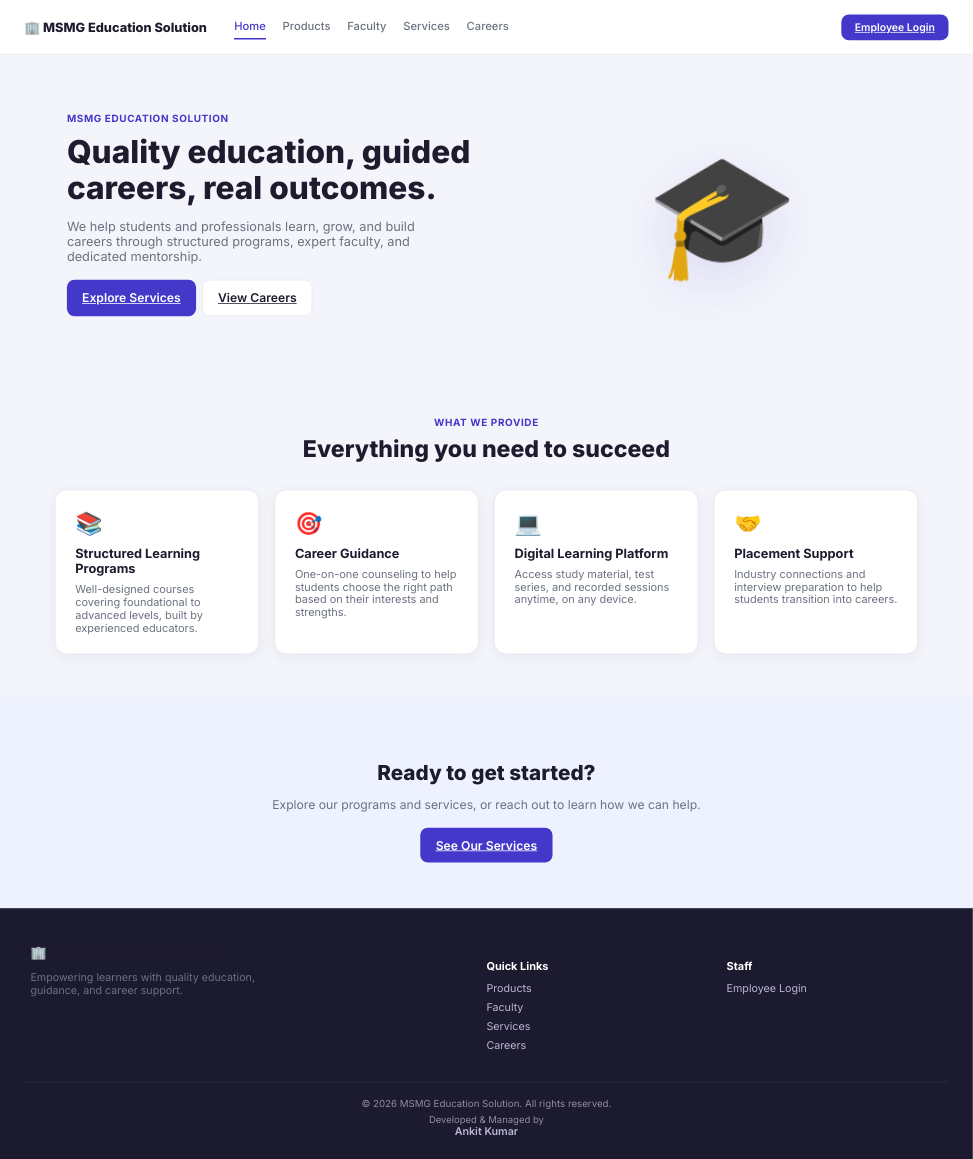
Repository: Kumarankit666/HRMS
Page: / (app in frontend/)
These files come from the project's save history. The page is drawn as it stood at one moment and after the next save; the edit follows.
The browser window is 1280 px wide. The pictures show the whole page, at 76% of full size.
The project was rebuilt for these pictures with package versions that can differ from the ones it lists, and the page was loaded fresh each time. Also part of the build but not shown: frontend/vite.config.js, frontend/src/components/ProtectedRoute.jsx, frontend/src/components/AppLayout.jsx, frontend/src/pages/public/Products.jsx, frontend/src/pages/public/Faculty.jsx, frontend/src/pages/public/Services.jsx, frontend/src/pages/public/Careers.jsx, frontend/src/pages/Login.jsx and 17 more.

Above is the page before, as saved 2026-07-21 00:45:59.

### frontend/index.html
<!doctype html>
<html lang="en">
  <head>
    <meta charset="UTF-8" />
    <link rel="icon" type="image/svg+xml" href="data:[embedded picture, 141 characters]" />
    <meta name="viewport" content="width=device-width, initial-scale=1.0" />
    <title>MSMG Education Solution</title>
  </head>
  <body>
    <div id="root"></div>
    <script type="module" src="/src/main.jsx"></script>
  </body>
</html>

### frontend/src/index.css
@import url('https://fonts.googleapis.com/css2?family=Inter:wght@400;500;600;700;800&display=swap');

:root {
  --primary: #4338ca;
  --primary-dark: #3730a3;
  --primary-light: #eef2ff;
  --ink: #1e1b2e;
  --muted: #6b7280;
  --bg: #f4f5fb;
  --border: #e5e7eb;
  --danger: #ef4444;
  --success: #16a34a;
  --warning: #d97706;
  --sidebar-bg: #1c1a2e;
  --radius: 12px;
}

* { box-sizing: border-box; }
html, body, #root { height: 100%; }
body {
  margin: 0;
  font-family: 'Inter', -apple-system, BlinkMacSystemFont, sans-serif;
  background: var(--bg);
  color: var(--ink);
}
button, input, select, textarea { font-family: inherit; }

/* ---------- Buttons ---------- */
.btn {
  display: inline-flex; align-items: center; justify-content: center; gap: 8px;
  padding: 10px 18px; border-radius: 10px; border: none; font-weight: 600; font-size: 0.9rem;
  cursor: pointer; transition: background .15s, opacity .15s;
}
.btn-primary { background: var(--primary); color: #fff; }
.btn-primary:hover { background: var(--primary-dark); }
.btn-primary:disabled { opacity: 0.6; cursor: not-allowed; }
.btn-outline { background: #fff; border: 1px solid var(--border); color: var(--ink); }
.btn-outline:hover { background: var(--bg); }
.btn-danger { background: #fee2e2; color: #b91c1c; }
.btn-danger:hover { background: #fecaca; }
.btn-success { background: #dcfce7; color: #15803d; }
.btn-success:hover { background: #bbf7d0; }
.btn-sm { padding: 6px 12px; font-size: 0.82rem; border-radius: 8px; }
.btn-block { width: 100%; }
.btn-lg { padding: 13px 20px; font-size: 1rem; }

/* ---------- Forms ---------- */
.field { margin-bottom: 16px; }
.field label { display: block; font-size: 0.85rem; font-weight: 600; margin-bottom: 6px; color: var(--ink); }
.field input, .field select, .field textarea {
  width: 100%; padding: 11px 14px; border: 1px solid var(--border); border-radius: 9px;
  font-size: 0.92rem; outline: none; background: #fff;
}
.field input:focus, .field select:focus, .field textarea:focus {
  border-color: var(--primary); box-shadow: 0 0 0 3px rgba(67,56,202,0.12);
}
.field-hint { font-size: 0.78rem; color: var(--muted); margin-top: 4px; }
.password-wrap { position: relative; }
.password-toggle {
  position: absolute; right: 12px; top: 50%; transform: translateY(-50%);
  background: none; border: none; color: var(--muted); cursor: pointer; padding: 4px;
}
.checkbox-row { display: flex; align-items: flex-start; gap: 10px; font-size: 0.88rem; }
.checkbox-row input { width: auto; margin-top: 3px; }

/* ---------- Grid helpers ---------- */
.grid-2 { display: grid; grid-template-columns: 1fr 1fr; gap: 16px; }
.grid-3 { display: grid; grid-template-columns: repeat(3, 1fr); gap: 16px; }
@media (max-width: 640px) { .grid-2, .grid-3 { grid-template-columns: 1fr; } }

/* ---------- Cards / panels ---------- */
.card { background: #fff; border: 1px solid var(--border); border-radius: var(--radius); padding: 22px; box-shadow: 0 2px 14px rgba(30,27,46,0.06); }
.card h3 { margin: 0 0 16px; font-size: 1rem; font-weight: 700; }

/* ---------- Auth pages (login/forgot) ---------- */
.auth-shell { min-height: 100vh; display: grid; grid-template-columns: 1.1fr 1fr; }
@media (max-width: 900px) { .auth-shell { grid-template-columns: 1fr; } .auth-brand-panel { display: none; } }
.auth-brand-panel {
  background: radial-gradient(circle at 20% 20%, #5b4fe0, #4338ca 45%, #2f2478 100%);
  color: #fff; padding: 64px 56px; display: flex; flex-direction: column; justify-content: center;
  position: relative; overflow: hidden;
}
.auth-brand-panel::after {
  content: ''; position: absolute; width: 480px; height: 480px; border-radius: 50%;
  background: rgba(255,255,255,0.06); right: -160px; bottom: -180px;
}
.auth-brand-mark { display: flex; align-items: center; gap: 10px; font-weight: 700; font-size: 1.1rem; margin-bottom: 48px; }
.auth-brand-panel h1 { font-size: 2.3rem; font-weight: 800; line-height: 1.25; max-width: 440px; margin-bottom: 18px; }
.auth-brand-panel p { color: rgba(255,255,255,0.82); max-width: 400px; margin-bottom: 28px; }
.auth-points { list-style: none; padding: 0; margin: 0; display: flex; flex-direction: column; gap: 14px; font-size: 0.94rem; }
.auth-form-panel { display: flex; align-items: center; justify-content: center; padding: 40px 20px; }
.auth-card { width: 100%; max-width: 400px; background: #fff; border-radius: 16px; padding: 40px 36px; box-shadow: 0 10px 40px rgba(30,27,46,0.08); border: 1px solid var(--border); }
.auth-card h2 { font-weight: 800; margin: 0 0 4px; }
.auth-card .subtitle { color: var(--muted); font-size: 0.9rem; margin-bottom: 24px; }
.auth-link { color: var(--primary); text-decoration: none; font-size: 0.87rem; font-weight: 500; }
.auth-link:hover { text-decoration: underline; }
.auth-footer-note { margin-top: 22px; font-size: 0.78rem; color: var(--muted); text-align: center; }

/* ---------- App shell (sidebar + navbar) ---------- */
.app-shell { display: flex; min-height: 100vh; }
.sidebar {
  width: 250px; background: var(--sidebar-bg); color: #fff; display: flex; flex-direction: column;
  position: sticky; top: 0; height: 100vh; flex-shrink: 0; z-index: 100; transition: transform .2s;
  box-shadow: 4px 0 20px rgba(15,13,30,0.12);
}
.sidebar-brand { display: flex; align-items: center; gap: 10px; padding: 24px 22px; font-weight: 800; }
.sidebar-nav { flex: 1; overflow-y: auto; padding: 8px 12px; }
.sidebar-section-label { font-size: 0.7rem; text-transform: uppercase; letter-spacing: 0.06em; color: #8f8ba8; margin: 18px 12px 8px; }
.sidebar-link {
  display: flex; align-items: center; gap: 12px; padding: 10px 12px; border-radius: 10px;
  color: #c9c6e0; text-decoration: none; font-size: 0.92rem; font-weight: 500; margin-bottom: 2px; cursor: pointer; border: none; background: none; width: 100%; text-align: left;
}
.sidebar-link:hover { background: rgba(255,255,255,0.06); color: #fff; }
.sidebar-link.active { background: var(--primary); color: #fff; }
.sidebar-footer { padding: 16px; }
.main-area { flex: 1; min-width: 0; display: flex; flex-direction: column; }
.topbar {
  height: 64px; background: #fff; border-bottom: 1px solid var(--border); display: flex; align-items: center;
  padding: 0 24px; gap: 16px; position: sticky; top: 0; z-index: 10; box-shadow: 0 2px 10px rgba(30,27,46,0.04);
}
.topbar-right { margin-left: auto; display: flex; align-items: center; gap: 16px; }
.avatar { width: 34px; height: 34px; border-radius: 50%; background: var(--primary); color: #fff; display: flex; align-items: center; justify-content: center; font-weight: 700; font-size: 0.85rem; }
.hamburger { display: none; background: none; border: none; font-size: 1.4rem; }
@media (max-width: 991px) {
  .sidebar { position: fixed; transform: translateX(-100%); }
  .sidebar.open { transform: translateX(0); }
  .hamburger { display: block; }
}

.content { padding: 28px 32px; }
@media (max-width: 640px) { .content { padding: 18px 16px; } }
.app-footer { padding: 16px 32px 24px; text-align: center; font-size: 0.78rem; color: var(--muted); }
.app-footer a { color: var(--primary); text-decoration: none; font-weight: 600; }
.app-footer a:hover { text-decoration: underline; }
.content-header { display: flex; justify-content: space-between; align-items: flex-start; margin-bottom: 22px; flex-wrap: wrap; gap: 12px; }
.content-header h1 { font-size: 1.5rem; font-weight: 800; margin: 0 0 4px; }
.content-header p { margin: 0; color: var(--muted); }

/* ---------- Stat cards ---------- */
.stat-grid { display: grid; grid-template-columns: repeat(auto-fit, minmax(180px, 1fr)); gap: 16px; margin-bottom: 24px; }
.stat-card { background: #fff; border: 1px solid var(--border); border-radius: 14px; padding: 20px; box-shadow: 0 2px 12px rgba(30,27,46,0.05); transition: transform .15s, box-shadow .15s; }
.stat-card:hover { transform: translateY(-2px); box-shadow: 0 8px 22px rgba(30,27,46,0.09); }
.stat-card .icon { width: 38px; height: 38px; border-radius: 10px; background: var(--primary-light); color: var(--primary); display: flex; align-items: center; justify-content: center; margin-bottom: 10px; font-size: 1.1rem; }
.stat-card .label { font-size: 0.8rem; color: var(--muted); font-weight: 500; }
.stat-card .value { font-size: 1.7rem; font-weight: 800; margin-top: 4px; }

/* ---------- Tables ---------- */
.table-wrap { overflow-x: auto; }
table.hrms-table { width: 100%; border-collapse: collapse; font-size: 0.88rem; }
table.hrms-table th { text-align: left; color: var(--muted); font-weight: 600; padding: 10px 12px; border-bottom: 1px solid var(--border); white-space: nowrap; }
table.hrms-table td { padding: 12px; border-bottom: 1px solid var(--border); vertical-align: middle; }
table.hrms-table tr:last-child td { border-bottom: none; }

.badge { padding: 4px 10px; border-radius: 20px; font-size: 0.74rem; font-weight: 600; display: inline-block; }
.badge-active, .badge-approved, .badge-verified, .badge-signed { background: #dcfce7; color: #15803d; }
.badge-inactive, .badge-rejected { background: #fee2e2; color: #b91c1c; }
.badge-pending, .badge-submitted { background: #fef3c7; color: #92400e; }
.badge-changes { background: #fef3c7; color: #92400e; }

/* ---------- Modal ---------- */
.modal-overlay { position: fixed; inset: 0; background: rgba(15,13,30,0.45); display: flex; align-items: center; justify-content: center; z-index: 200; padding: 16px; }
.modal-box { background: #fff; border-radius: 16px; width: 100%; max-width: 560px; max-height: 90vh; overflow-y: auto; box-shadow: 0 24px 60px rgba(15,13,30,0.25); }
.modal-header { display: flex; justify-content: space-between; align-items: center; padding: 20px 24px; border-bottom: 1px solid var(--border); }
.modal-header h3 { margin: 0; font-size: 1.05rem; }
.modal-close { background: none; border: none; font-size: 1.3rem; cursor: pointer; color: var(--muted); }
.modal-body { padding: 22px 24px; }
.modal-footer { display: flex; justify-content: flex-end; gap: 10px; padding: 16px 24px; border-top: 1px solid var(--border); }

/* ---------- Empty state ---------- */
.empty-state { text-align: center; padding: 70px 20px; color: var(--muted); }
.empty-state .icon { font-size: 2.4rem; margin-bottom: 10px; }

/* ---------- Misc ---------- */
.text-muted { color: var(--muted); }
.mb-0 { margin-bottom: 0; }
.mt-3 { margin-top: 16px; }
.flex-between { display: flex; justify-content: space-between; align-items: center; }
.d-flex { display: flex; }
.gap-2 { gap: 8px; }
.spinner {
  width: 16px; height: 16px; border: 2px solid rgba(255,255,255,0.4); border-top-color: #fff;
  border-radius: 50%; animation: spin 0.7s linear infinite; display: inline-block;
}
.spinner-dark { border: 2px solid rgba(67,56,202,0.25); border-top-color: var(--primary); }
@keyframes spin { to { transform: rotate(360deg); } }

/* ================= PUBLIC WEBSITE ================= */
.pub-shell { display: flex; flex-direction: column; min-height: 100vh; }
.pub-header {
  height: 72px; display: flex; align-items: center; padding: 0 32px; gap: 24px;
  background: #fff; border-bottom: 1px solid var(--border); position: sticky; top: 0; z-index: 50;
}
.pub-brand { font-weight: 800; font-size: 1.05rem; color: var(--ink); text-decoration: none; }
.pub-nav { display: flex; gap: 22px; margin-left: 12px; }
.pub-link { color: var(--muted); text-decoration: none; font-weight: 500; font-size: 0.92rem; padding: 6px 0; border-bottom: 2px solid transparent; }
.pub-link:hover, .pub-link.active { color: var(--primary); border-bottom-color: var(--primary); }
.pub-header-right { margin-left: auto; display: flex; align-items: center; gap: 14px; }
.pub-login-btn { padding: 9px 18px; font-size: 0.86rem; }
.pub-hamburger { display: none; background: none; border: none; font-size: 1.4rem; }

.pub-main { flex: 1; }

.pub-hero {
  display: grid; grid-template-columns: 1.2fr 1fr; align-items: center; gap: 40px;
  padding: 72px 48px; max-width: 1200px; margin: 0 auto;
}
.pub-eyebrow { color: var(--primary); font-weight: 700; font-size: 0.82rem; text-transform: uppercase; letter-spacing: 0.06em; }
.pub-hero-text h1 { font-size: 2.6rem; font-weight: 800; line-height: 1.15; margin: 12px 0 16px; }
.pub-hero-text p { color: var(--muted); font-size: 1.05rem; max-width: 480px; }
.pub-hero-art { font-size: 10rem; text-align: center; filter: drop-shadow(0 20px 40px rgba(67,56,202,0.15)); }

.pub-section { max-width: 1200px; margin: 0 auto; padding: 56px 32px; }
.pub-section-header { text-align: center; margin-bottom: 36px; }
.pub-section-header h2 { font-size: 1.9rem; font-weight: 800; margin-top: 8px; }

.pub-page-header { max-width: 1200px; margin: 0 auto; padding: 56px 32px 24px; text-align: center; }
.pub-page-header h1 { font-size: 2.1rem; font-weight: 800; margin: 10px 0 8px; }
.pub-page-header p { color: var(--muted); }

.pub-grid-4 { display: grid; grid-template-columns: repeat(4, 1fr); gap: 20px; }
.pub-grid-3 { display: grid; grid-template-columns: repeat(3, 1fr); gap: 20px; }
@media (max-width: 900px) { .pub-grid-4, .pub-grid-3 { grid-template-columns: repeat(2, 1fr); } .pub-hero { grid-template-columns: 1fr; text-align: center; } .pub-hero-art { display: none; } }
@media (max-width: 600px) { .pub-grid-4, .pub-grid-3 { grid-template-columns: 1fr; } }

.pub-card { background: #fff; border: 1px solid var(--border); border-radius: 16px; padding: 26px; box-shadow: 0 4px 18px rgba(30,27,46,0.06); transition: transform .15s, box-shadow .15s; }
.pub-card:hover { transform: translateY(-3px); box-shadow: 0 14px 34px rgba(30,27,46,0.12); }
.pub-card-icon { font-size: 1.8rem; margin-bottom: 12px; }
.pub-card h3 { font-size: 1.05rem; font-weight: 700; margin: 0 0 8px; }
.pub-card p { color: var(--muted); font-size: 0.9rem; margin: 0; }

.pub-faculty-card { text-align: center; }
.pub-avatar-lg { width: 66px; height: 66px; border-radius: 50%; background: var(--primary-light); color: var(--primary); font-weight: 800; font-size: 1.1rem; display: flex; align-items: center; justify-content: center; margin: 0 auto 14px; }
.pub-avatar-photo { width: 90px; height: 90px; border-radius: 50%; object-fit: cover; margin: 0 auto 14px; display: block; border: 3px solid var(--primary-light); }
.pub-faculty-role { color: var(--primary); font-weight: 600; font-size: 0.85rem; margin: 2px 0; }

.pub-cta { text-align: center; padding: 60px 32px; background: var(--primary-light); }
.pub-cta h2 { font-size: 1.7rem; font-weight: 800; margin-bottom: 8px; }
.pub-cta p { color: var(--muted); margin-bottom: 20px; }

.pub-job-list { display: flex; flex-direction: column; gap: 12px; }
.pub-job-row { display: flex; justify-content: space-between; align-items: center; background: #fff; border: 1px solid var(--border); border-radius: 12px; padding: 18px 22px; box-shadow: 0 2px 12px rgba(30,27,46,0.05); }
.pub-job-row h4 { margin: 0 0 4px; font-size: 1rem; }

.dev-credit { text-align: center; font-size: 0.78rem; color: #8f8ba8; }
.dev-credit a { color: #b9b6d6; text-decoration: none; font-weight: 600; }
.dev-credit a:hover { color: #fff; text-decoration: underline; }

.pub-footer { background: var(--sidebar-bg); color: #d9d7ea; padding: 48px 32px 20px; margin-top: auto; }
.pub-footer-inner { max-width: 1200px; margin: 0 auto; display: grid; grid-template-columns: 2fr 1fr 1fr; gap: 32px; }
.pub-footer h4 { color: #fff; font-size: 0.9rem; margin-bottom: 12px; }
.pub-footer a { display: block; color: #b9b6d6; text-decoration: none; font-size: 0.88rem; margin-bottom: 8px; }
.pub-footer a:hover { color: #fff; }
.pub-footer-bottom { text-align: center; color: #8f8ba8; font-size: 0.8rem; margin-top: 32px; padding-top: 20px; border-top: 1px solid rgba(255,255,255,0.08); }

@media (max-width: 900px) {
  .pub-nav { position: fixed; top: 72px; left: 0; right: 0; background: #fff; flex-direction: column; padding: 16px 24px; gap: 14px; border-bottom: 1px solid var(--border); display: none; }
  .pub-nav.open { display: flex; }
  .pub-hamburger { display: block; }
  .pub-footer-inner { grid-template-columns: 1fr; }
}

Loaded but not shown: frontend/src/main.jsx (common file); frontend/src/api/client.js (32 lines, source omitted); frontend/src/App.jsx (85 lines, source omitted); frontend/src/components/PublicLayout.jsx (58 lines, source omitted); frontend/src/pages/public/Home.jsx (49 lines, source omitted); frontend/src/context/AuthContext.jsx (38 lines, source omitted)

After the next save:
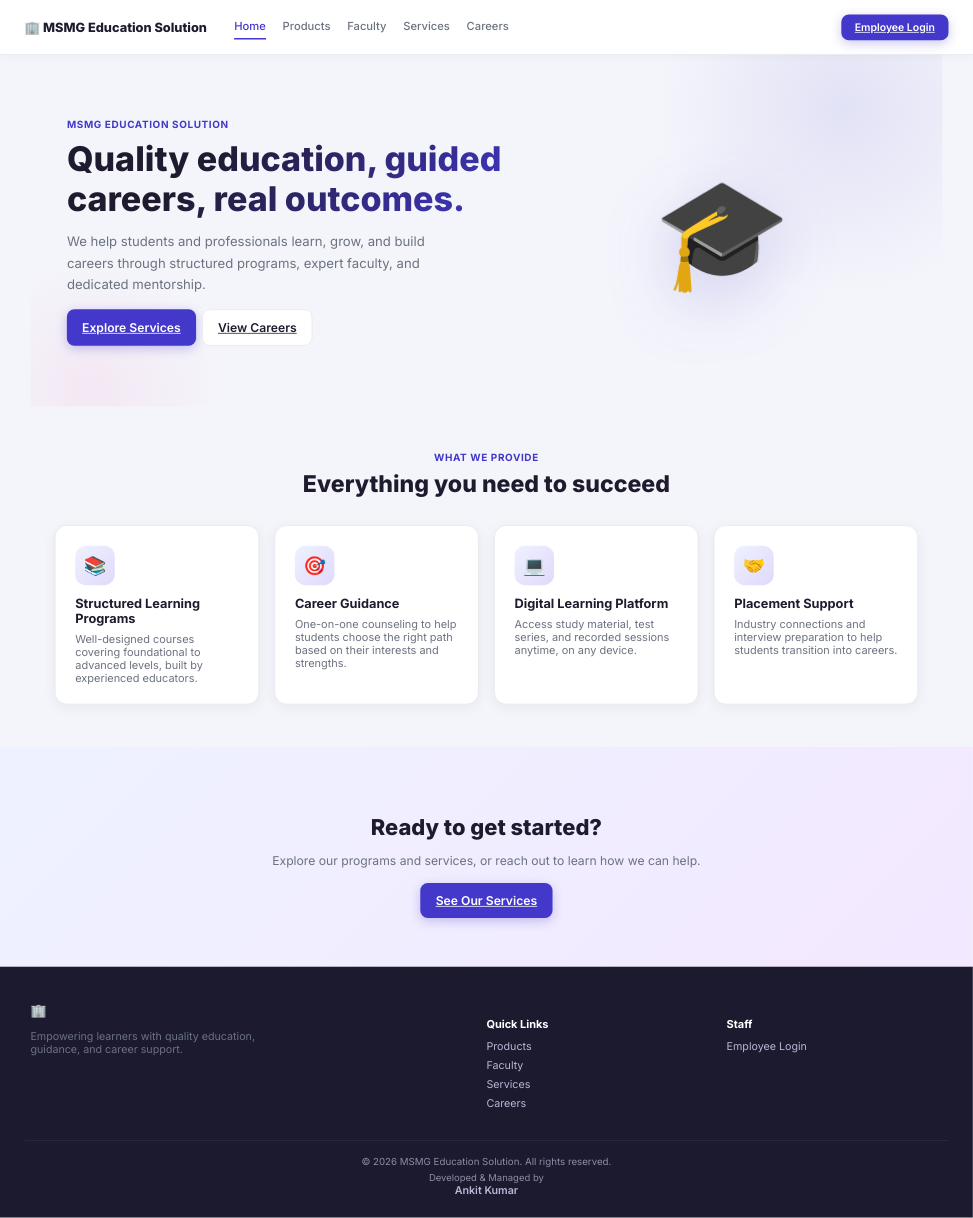
Saved 20 s later.
--- a/frontend/src/index.css
+++ b/frontend/src/index.css
@@ -31,9 +31,9 @@ button, input, select, textarea { font-family: inherit; }
   padding: 10px 18px; border-radius: 10px; border: none; font-weight: 600; font-size: 0.9rem;
   cursor: pointer; transition: background .15s, opacity .15s;
 }
-.btn-primary { background: var(--primary); color: #fff; }
-.btn-primary:hover { background: var(--primary-dark); }
-.btn-primary:disabled { opacity: 0.6; cursor: not-allowed; }
+.btn-primary { background: var(--primary); color: #fff; box-shadow: 0 4px 14px rgba(67,56,202,0.28); }
+.btn-primary:hover { background: var(--primary-dark); transform: translateY(-1px); box-shadow: 0 8px 20px rgba(67,56,202,0.35); }
+.btn-primary:disabled { opacity: 0.6; cursor: not-allowed; transform: none; }
 .btn-outline { background: #fff; border: 1px solid var(--border); color: var(--ink); }
 .btn-outline:hover { background: var(--bg); }
 .btn-danger { background: #fee2e2; color: #b91c1c; }
@@ -188,7 +188,9 @@ table.hrms-table tr:last-child td { border-bottom: none; }
 .pub-shell { display: flex; flex-direction: column; min-height: 100vh; }
 .pub-header {
   height: 72px; display: flex; align-items: center; padding: 0 32px; gap: 24px;
-  background: #fff; border-bottom: 1px solid var(--border); position: sticky; top: 0; z-index: 50;
+  background: rgba(255,255,255,0.92); backdrop-filter: blur(10px);
+  border-bottom: 1px solid var(--border); position: sticky; top: 0; z-index: 50;
+  box-shadow: 0 2px 12px rgba(30,27,46,0.04);
 }
 .pub-brand { font-weight: 800; font-size: 1.05rem; color: var(--ink); text-decoration: none; }
 .pub-nav { display: flex; gap: 22px; margin-left: 12px; }
@@ -202,12 +204,30 @@ table.hrms-table tr:last-child td { border-bottom: none; }
 
 .pub-hero {
   display: grid; grid-template-columns: 1.2fr 1fr; align-items: center; gap: 40px;
-  padding: 72px 48px; max-width: 1200px; margin: 0 auto;
+  padding: 80px 48px; max-width: 1200px; margin: 0 auto; position: relative; overflow: hidden;
+}
+.pub-hero::before {
+  content: ''; position: absolute; width: 500px; height: 500px; border-radius: 50%;
+  background: radial-gradient(circle, rgba(67,56,202,0.10), transparent 70%);
+  top: -180px; right: -120px; z-index: -1;
+}
+.pub-hero::after {
+  content: ''; position: absolute; width: 360px; height: 360px; border-radius: 50%;
+  background: radial-gradient(circle, rgba(236,72,153,0.08), transparent 70%);
+  bottom: -160px; left: -100px; z-index: -1;
 }
 .pub-eyebrow { color: var(--primary); font-weight: 700; font-size: 0.82rem; text-transform: uppercase; letter-spacing: 0.06em; }
-.pub-hero-text h1 { font-size: 2.6rem; font-weight: 800; line-height: 1.15; margin: 12px 0 16px; }
-.pub-hero-text p { color: var(--muted); font-size: 1.05rem; max-width: 480px; }
-.pub-hero-art { font-size: 10rem; text-align: center; filter: drop-shadow(0 20px 40px rgba(67,56,202,0.15)); }
+.pub-hero-text h1 {
+  font-size: 2.8rem; font-weight: 800; line-height: 1.15; margin: 12px 0 16px;
+  background: linear-gradient(135deg, var(--ink) 30%, var(--primary));
+  -webkit-background-clip: text; background-clip: text; -webkit-text-fill-color: transparent;
+}
+.pub-hero-text p { color: var(--muted); font-size: 1.08rem; max-width: 480px; line-height: 1.6; }
+.pub-hero-art {
+  font-size: 9rem; text-align: center; filter: drop-shadow(0 24px 44px rgba(67,56,202,0.22));
+  animation: floatArt 4s ease-in-out infinite;
+}
+@keyframes floatArt { 0%, 100% { transform: translateY(0); } 50% { transform: translateY(-14px); } }
 
 .pub-section { max-width: 1200px; margin: 0 auto; padding: 56px 32px; }
 .pub-section-header { text-align: center; margin-bottom: 36px; }
@@ -222,19 +242,32 @@ table.hrms-table tr:last-child td { border-bottom: none; }
 @media (max-width: 900px) { .pub-grid-4, .pub-grid-3 { grid-template-columns: repeat(2, 1fr); } .pub-hero { grid-template-columns: 1fr; text-align: center; } .pub-hero-art { display: none; } }
 @media (max-width: 600px) { .pub-grid-4, .pub-grid-3 { grid-template-columns: 1fr; } }
 
-.pub-card { background: #fff; border: 1px solid var(--border); border-radius: 16px; padding: 26px; box-shadow: 0 4px 18px rgba(30,27,46,0.06); transition: transform .15s, box-shadow .15s; }
-.pub-card:hover { transform: translateY(-3px); box-shadow: 0 14px 34px rgba(30,27,46,0.12); }
-.pub-card-icon { font-size: 1.8rem; margin-bottom: 12px; }
+.pub-card { background: #fff; border: 1px solid var(--border); border-radius: 16px; padding: 26px; box-shadow: 0 4px 18px rgba(30,27,46,0.06); transition: transform .18s, box-shadow .18s; }
+.pub-card:hover { transform: translateY(-5px); box-shadow: 0 18px 40px rgba(67,56,202,0.14); border-color: #d8d4f5; }
+.pub-card-icon {
+  width: 52px; height: 52px; border-radius: 14px; display: flex; align-items: center; justify-content: center;
+  font-size: 1.5rem; margin-bottom: 14px;
+  background: linear-gradient(135deg, var(--primary-light), #e0d9fb);
+}
 .pub-card h3 { font-size: 1.05rem; font-weight: 700; margin: 0 0 8px; }
 .pub-card p { color: var(--muted); font-size: 0.9rem; margin: 0; }
+
+.pub-faculty-meta { display: flex; flex-wrap: wrap; gap: 6px; justify-content: center; margin-top: 4px; }
+.pub-faculty-badge {
+  font-size: 0.72rem; font-weight: 600; padding: 4px 10px; border-radius: 20px;
+  background: var(--primary-light); color: var(--primary-dark);
+}
 
 .pub-faculty-card { text-align: center; }
 .pub-avatar-lg { width: 66px; height: 66px; border-radius: 50%; background: var(--primary-light); color: var(--primary); font-weight: 800; font-size: 1.1rem; display: flex; align-items: center; justify-content: center; margin: 0 auto 14px; }
 .pub-avatar-photo { width: 90px; height: 90px; border-radius: 50%; object-fit: cover; margin: 0 auto 14px; display: block; border: 3px solid var(--primary-light); }
 .pub-faculty-role { color: var(--primary); font-weight: 600; font-size: 0.85rem; margin: 2px 0; }
 
-.pub-cta { text-align: center; padding: 60px 32px; background: var(--primary-light); }
-.pub-cta h2 { font-size: 1.7rem; font-weight: 800; margin-bottom: 8px; }
+.pub-cta {
+  text-align: center; padding: 64px 32px;
+  background: linear-gradient(135deg, var(--primary-light) 0%, #f3e8ff 100%);
+}
+.pub-cta h2 { font-size: 1.8rem; font-weight: 800; margin-bottom: 8px; }
 .pub-cta p { color: var(--muted); margin-bottom: 20px; }
 
 .pub-job-list { display: flex; flex-direction: column; gap: 12px; }
